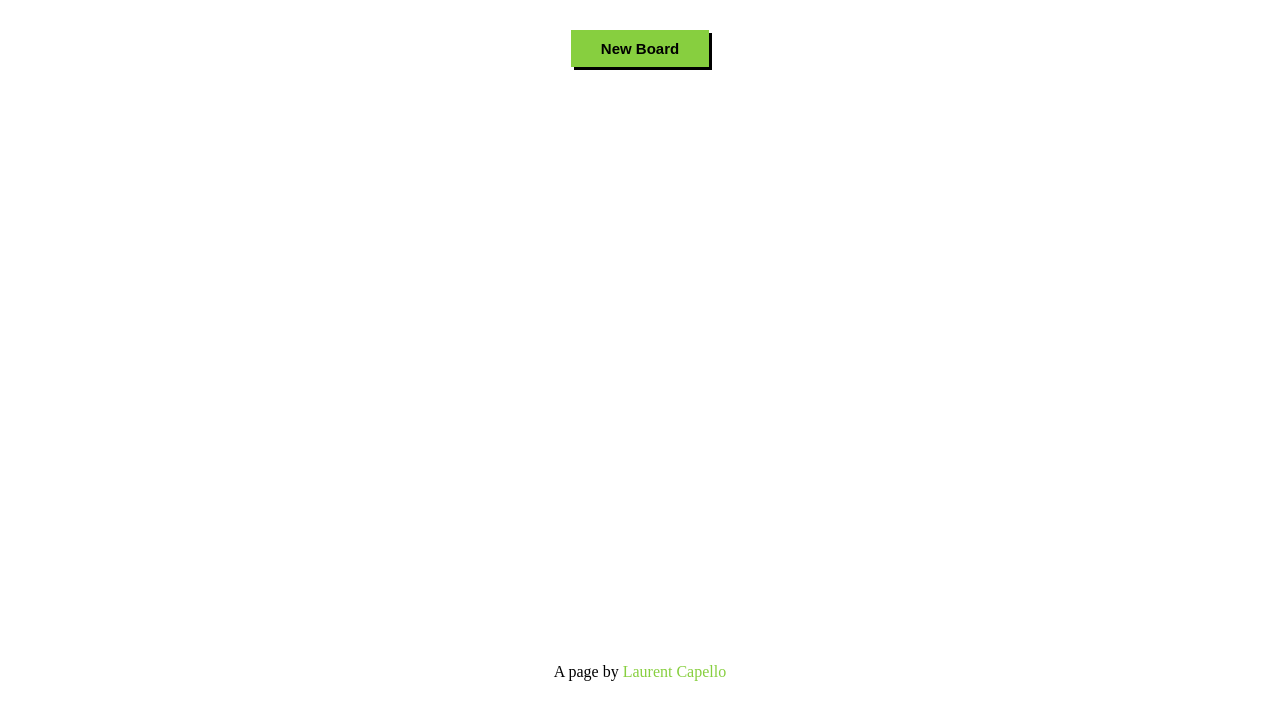
Repository: sokafootball/etch-a-sketc
Page: index.html
An editor plug-in stored every save of this project. The page is shown before and after a run of saves, followed by the edit.
The browser window is 1280 px wide. The pictures show the whole page.

Above is the page before, as saved 2020-04-18 11:23:22.

After the next 2 saves:
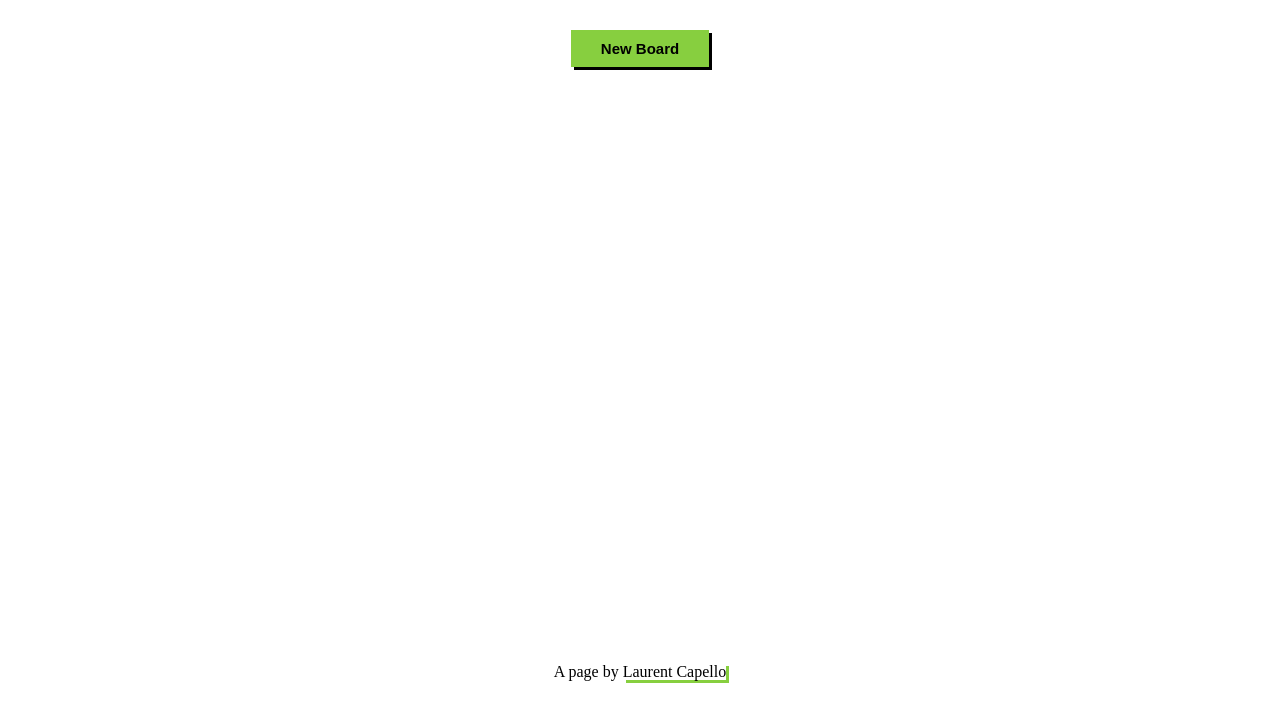
The 2 saves are shown as one change because they came seconds apart.
The last was saved 49 s later.
--- a/style.css
+++ b/style.css
@@ -50,5 +50,5 @@ footer{
 }
 
 #signature{
-  color: var(--main-color);
+  box-shadow: var(--main-color) var(--shadow-size) var(--shadow-size);
 }
